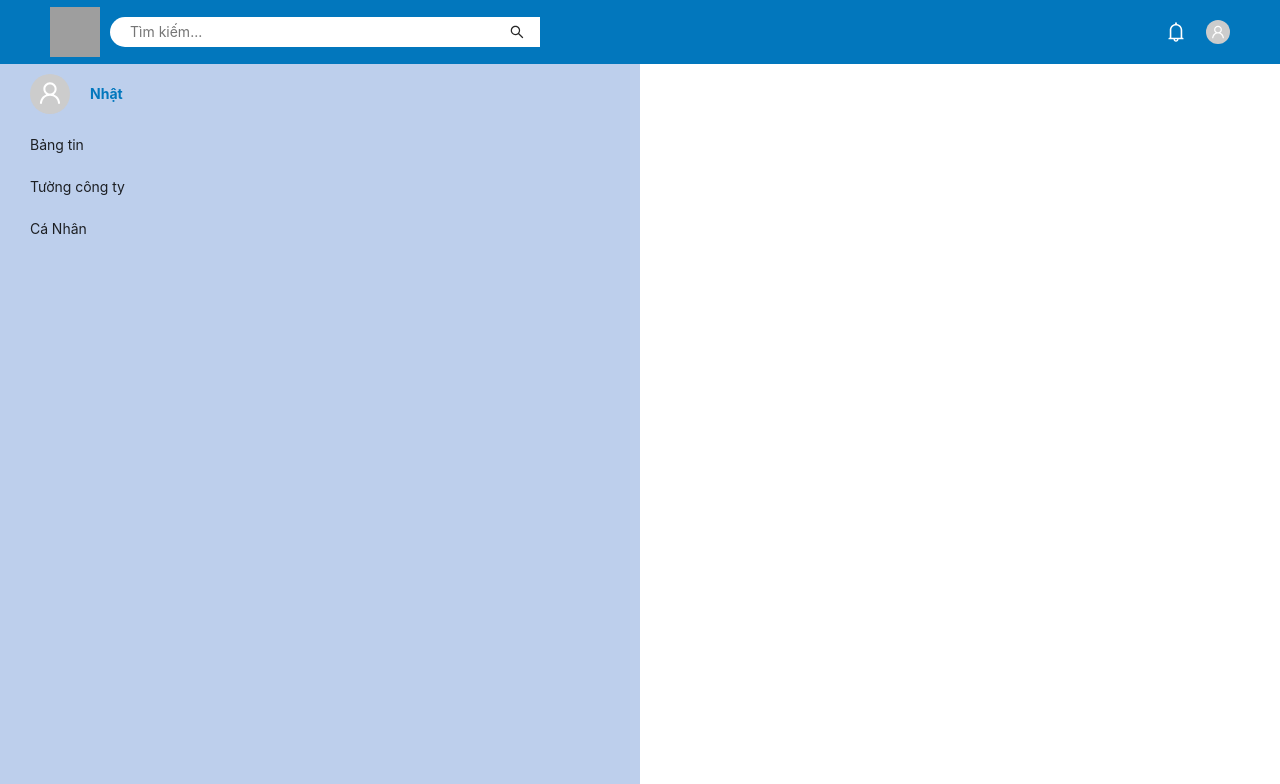
Repository: baonhat27/SocialNetwork_FE
Page: /home
An editor plug-in stored every save of this project. The page is shown before and after the next save, followed by the edit.
The browser window is 1280 px wide. The pictures show the whole page.
Pictures or frames that could not be fetched are drawn as grey boxes. The project was rebuilt for these pictures with package versions that can differ from the ones it lists, and the page was loaded fresh each time. Also part of the build but not shown: src/containers/home/component/HomeComponent.module.css, src/containers/loginPage/component/LoginPageComponent.module.css, src/components/Input/Input.module.css, src/components/Input/Input.js, src/components/Button/Button.module.css, src/components/Button/Button.js, src/containers/loginPage/component/LoginPageComponent.js, src/containers/loginPage/LoginPageContainer.js.

Above is the page before, as saved 2022-03-09 22:17:22.

### public/index.html
<!DOCTYPE html>
<html lang="en">
  <head>
    <meta charset="utf-8" />
    <link rel="icon" href="%PUBLIC_URL%/favicon.ico" />
    <meta name="viewport" content="width=device-width, initial-scale=1" />
    <meta name="theme-color" content="#000000" />
    <meta
      name="description"
      content="Web site created using create-react-app"
    />
    <link rel="apple-touch-icon" href="%PUBLIC_URL%/logo192.png" />
    <!--
      manifest.json provides metadata used when your web app is installed on a
      user's mobile device or desktop. See https://developers.google.com/web/fundamentals/web-app-manifest/
    -->
    <link rel="manifest" href="%PUBLIC_URL%/manifest.json" />
    <!--
      Notice the use of %PUBLIC_URL% in the tags above.
      It will be replaced with the URL of the `public` folder during the build.
      Only files inside the `public` folder can be referenced from the HTML.

      Unlike "/favicon.ico" or "favicon.ico", "%PUBLIC_URL%/favicon.ico" will
      work correctly both with client-side routing and a non-root public URL.
      Learn how to configure a non-root public URL by running `npm run build`.
    -->
    <title>Social network</title>
  </head>
  <body>
    <noscript>You need to enable JavaScript to run this app.</noscript>
    <div id="root"></div>
    <!--
      This HTML file is a template.
      If you open it directly in the browser, you will see an empty page.

      You can add webfonts, meta tags, or analytics to this file.
      The build step will place the bundled scripts into the <body> tag.

      To begin the development, run `npm start` or `yarn start`.
      To create a production bundle, use `npm run build` or `yarn build`.
    -->
  </body>
</html>

### src/index.js
import React from 'react';
import ReactDOM from 'react-dom';
import './index.css';
import App from './App';
import 'antd/dist/antd.min.css'
import reportWebVitals from './reportWebVitals';
import { BrowserRouter } from 'react-router-dom';

ReactDOM.render(
  <React.StrictMode>
    <BrowserRouter>
      <App />
    </BrowserRouter>
  </React.StrictMode>,
  document.getElementById('root')
);

// If you want to start measuring performance in your app, pass a function
// to log results (for example: reportWebVitals(console.log))
// or send to an analytics endpoint. Learn more: https://bit.ly/CRA-vitals
reportWebVitals();

### src/App.js
import { Route,Switch } from 'react-router-dom';
import './App.css';
import HeaderContainer from './containers/header/HeaderContainer';
import HomeContainer from './containers/home/HomeContainer';
import LoginPageContainer from './containers/loginPage/LoginPageContainer';
function App() {
  return (
    <div className="App">
      <Switch>
        <Route path='/login'>
          <LoginPageContainer/>
        </Route>
        <Route path="/home">
            <HeaderContainer/>
            <HomeContainer/>
        </Route>
      </Switch>
    </div>
  );
}

export default App;

### src/containers/header/HeaderContainer.js
import React from 'react';
import HeaderComponent from './component/HeaderComponent';

const HeaderContainer = () => {
    return (
        <HeaderComponent></HeaderComponent>
    );
};

export default HeaderContainer;

### src/containers/home/HomeContainer.js
import HomeComponent from "./component/HomeComponent"
import React from 'react';

const HomeContainer = () => {
    return (
        <div>
            <HomeComponent/>
        </div>
    );
};

export default HomeContainer;

### src/containers/header/component/HeaderComponent.js
import React from 'react';
import { Layout} from "antd";
import { Avatar } from 'antd';
import { UserOutlined, BellOutlined  } from '@ant-design/icons';
import styles from "./header.module.css"
import Search from '../../../components/Search/Search';


const { Header } = Layout;


const HeaderComponent = () => {
    return (
        <Header className={styles.header}>
            <div class={styles.header_left}>
                <img className={styles.img_logo}
                    src='https://images.yourstory.com/cs/images/companies/484073261089321671237850235461832427438080n-1609922812339.png'
                />
                <Search/>
            </div>
            <div class={styles.header_right}>
                <BellOutlined
                    style={{fontSize: '20px', color:'white'}}
                />
                <Avatar size="small" icon={<UserOutlined />} style={{marginLeft: 20,marginRight: 0}} />
            </div>
        </Header>
    );
};

export default HeaderComponent;

### src/containers/home/component/HomeComponent.js
import styles from "./HomeComponent.module.css"
import React from "react";
import { Layout, Avatar } from "antd";
import SiderContainer from "../../sider/SiderContainer";
import ContentContainer from "../../content/ContentContainer";

const {  Content } = Layout;

const HomeComponent = (props) => {
    return (
        <>
            <SiderContainer/>
            <ContentContainer/>
        </>

    );
};

export default HomeComponent;

### src/containers/header/component/header.module.css
.header{
    background-color: #0277bd !important;
    display: flex;
    justify-content: space-between;
    align-items: center;
}
.header_left{
    display: flex;
    align-items: center;
}
.header_right{
    display: flex;
    align-items: center;
}
.search {
    margin-left: 50px;
    width: 400px !important;
}
.img_logo{
    width: 50px;
    height: 50px;
    background-size: cover;
}

### src/components/Search/Search.js
import React from 'react';
import './Search.css'
import { SearchOutlined } from '@ant-design/icons';

const Search = () => {
    return (
    <>
        <input
            placeholder='Tìm kiếm...'
            className='inputSearch'
        />
        <SearchOutlined
            className='iconSearch'
        />

    </>
    );
};

export default Search;

### src/containers/sider/SiderContainer.js
import React from 'react';
import SiderComponent from './component/SiderComponent';

const SiderContainer = () => {
    return (
        <SiderComponent>

        </SiderComponent>
    );
};

export default SiderContainer;

### src/containers/content/ContentContainer.js
import React from 'react';
import ContentComponent from './component/ContentComponent';

const ContentContainer = () => {
    return (
        <ContentComponent>

        </ContentComponent>
    );
};

export default ContentContainer;

### src/components/Search/Search.css
.inputSearch{
    border: none;
    border-top-left-radius: 20px;
    border-bottom-left-radius: 20px;
    width: 400px;
    height: 30px;
    margin-left: 10px;
    padding-left: 20px;
}
.iconSearch{

    background-color: white;
    height: 30px;
    width: 30px;
    display: flex;
    padding: 8px 0px;
}
.iconSearch:hover{
    cursor: pointer;
}

### src/containers/sider/component/SiderComponent.js
import React from 'react';
import styles from './Sider.module.css'
import {  Avatar } from "antd";
import { UserOutlined } from "@ant-design/icons";


const SiderComponent = (props) => {
    return (
        <div className={styles.sider}>
            <div className={`${styles.user_info} ${styles.sider_item}`}>
                    <Avatar size="large" icon={<UserOutlined/>}></Avatar>
                    <div className={styles.user_name}> Nhật</div>
            </div>
            <div className={styles.sider_item}>
                Bảng tin
            </div>
            <div className={styles.sider_item}>Tường công ty</div>
            <div className={styles.sider_item}>Cá Nhân</div>
        </div>
    );
};

export default SiderComponent;

### src/containers/content/component/ContentComponent.js
import React from 'react';
import styles from "./ContentComponent.module.css"

const ContentComponent = () => {
    return (
        <div className={styles.a}>

        </div>
    );
};

export default ContentComponent;

### src/containers/sider/component/Sider.module.css
.sider{
    background-color: #bdcfec !important;
    height: 100vh;
    display: flex;
    width: 50%;
    display: flex;
    flex-direction: column;
}
.sider_item{
    margin: 10px 0px 10px 30px;
}
.sider_item:hover{
    cursor: pointer;
    opacity: 75%;
    background-color: #0277bd;
}
.user_info{
    display: flex;
}
.user_name{
    margin-left: 20px;
    color: #0277bd;
    font-weight: 700;
    display: flex;
    align-items: center;
}

### src/containers/content/component/ContentComponent.module.css
.a{
    background-color: red;
    width: 500px;
}

Loaded but not shown: src/index.css (common file); src/reportWebVitals.js (common file); src/App.css (no stored copy; drawn as an empty file)

After the next save:
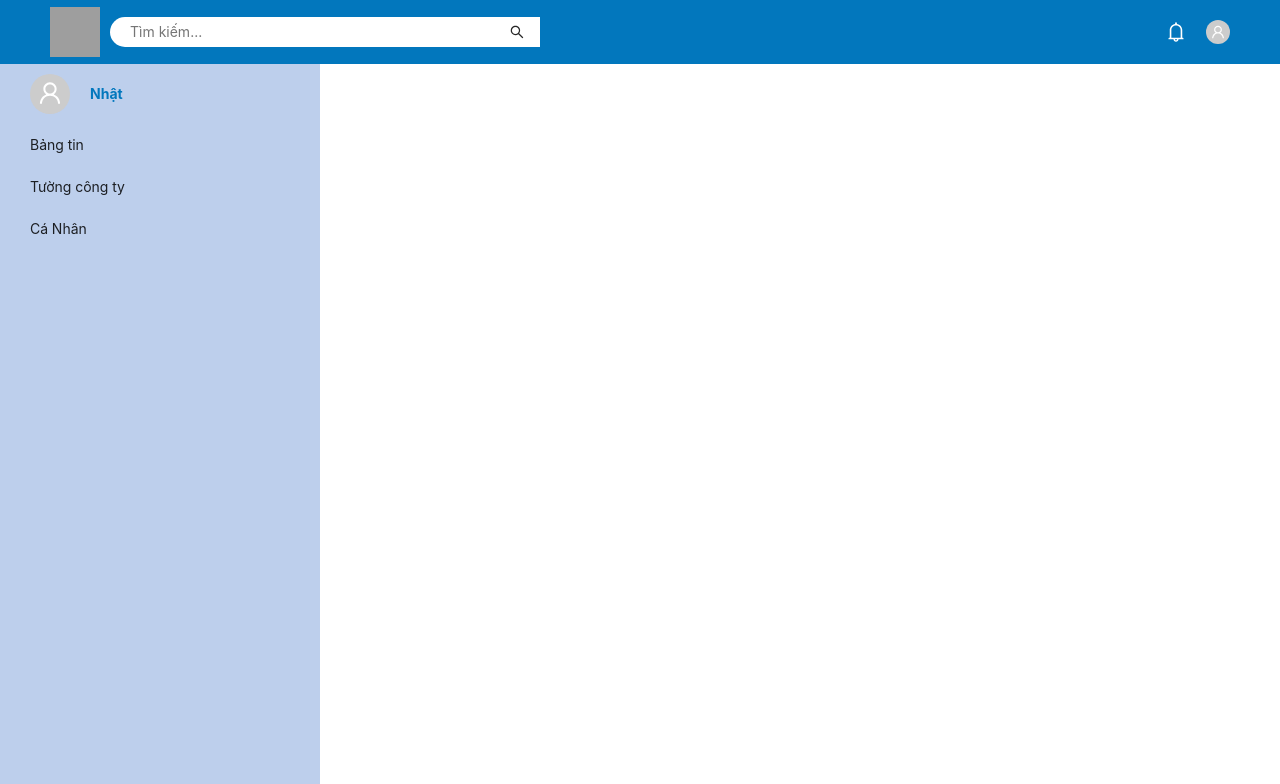
Saved 4 s later.
--- a/src/containers/sider/component/Sider.module.css
+++ b/src/containers/sider/component/Sider.module.css
@@ -2,7 +2,7 @@
     background-color: #bdcfec !important;
     height: 100vh;
     display: flex;
-    width: 50%;
+    width: 25%;
     display: flex;
     flex-direction: column;
 }
